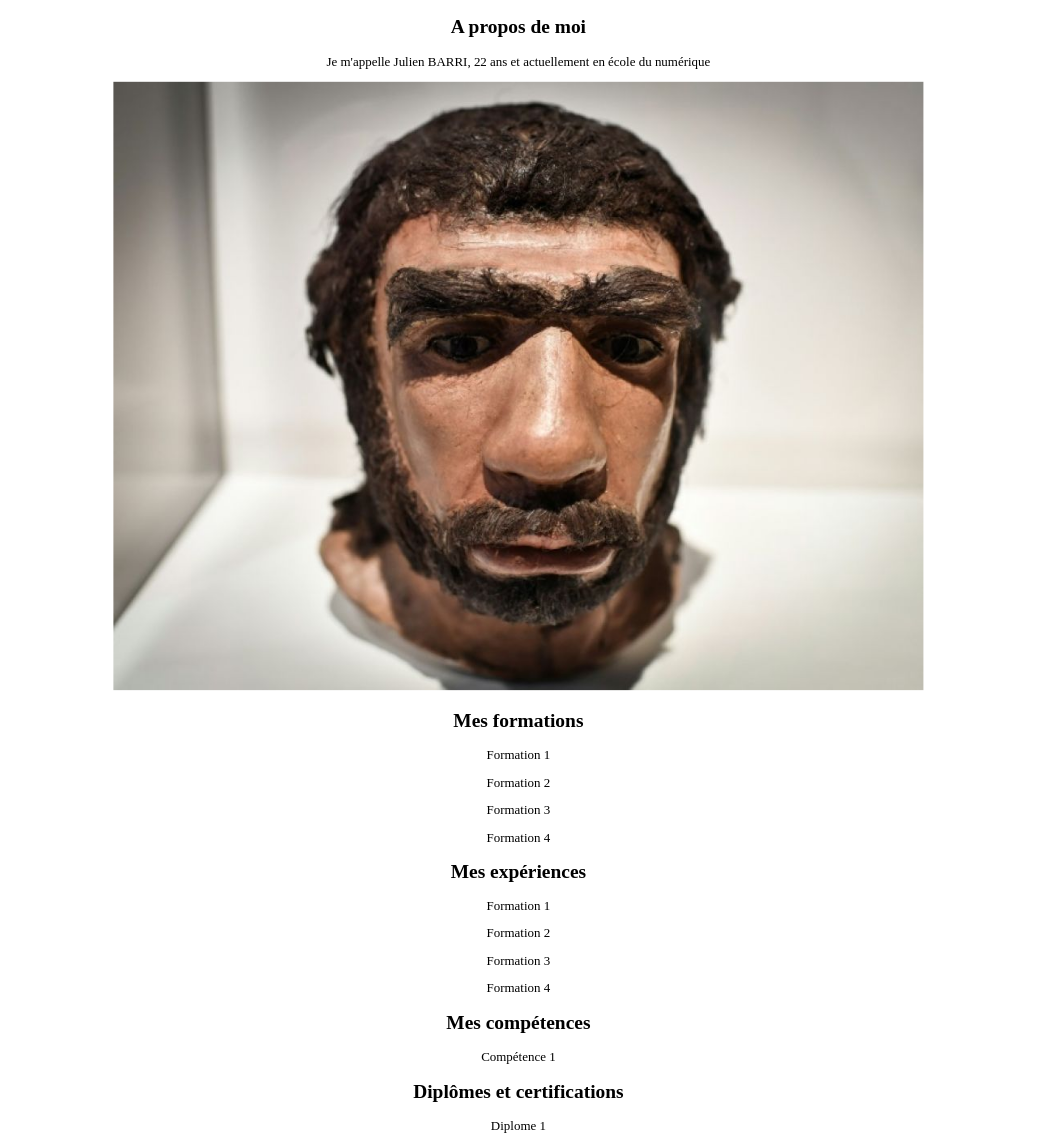
Repository: barridev/cours_devops.github.io
Page: index.html
These files come from the project's save history. The page is drawn as it stood at one moment and after the next save; the edit follows.
The browser window is 1280 px wide. The pictures show the whole page, at 81% of full size.

Above is the page before, as saved 2022-06-13 15:06:07.

### index.html
<!DOCTYPE html>
<html lang="en">

<head>
    <meta charset="UTF-8">
    <meta http-equiv="X-UA-Compatible" content="IE=edge">
    <meta name="viewport" content="width=device-width, initial-scale=1.0">
    <title>Document</title>
    <link rel="stylesheet" href="style.css">
</head>

<body>

    <section class="center">
        <div>
            <h1>A propos de moi</h1>
            <p>Je m'appelle Julien BARRI, 22 ans et actuellement en école du numérique</p>
            <img width="" src="homme.jpeg" alt="homme">
        </div>
    </section>

    <section class="center">
        <div class="test">
            <h2> Mes formations </h2>
            <p>Formation 1</p>
            <p>Formation 2</p>
            <p>Formation 3</p>
            <p>Formation 4</p>
        </div>
    </section>

    <section class="center">
        <div>
            <h2> Mes expériences </h2>
            <p>Formation 1</p>
            <p>Formation 2</p>
            <p>Formation 3</p>
            <p>Formation 4</p>
        </div>
    </section>

    <section class="center">
        <div>
            <h2> Mes compétences</h2>
            <p>Compétence 1</p>
        </div>

    </section>

    <section class="center">
        <div>
            <h2> Diplômes et certifications</h2>
            <p>Diplome 1</p>
        </div>

    </section class="center">

</body>

</html>

Loaded but not shown: style.css (common file)

After the next save:
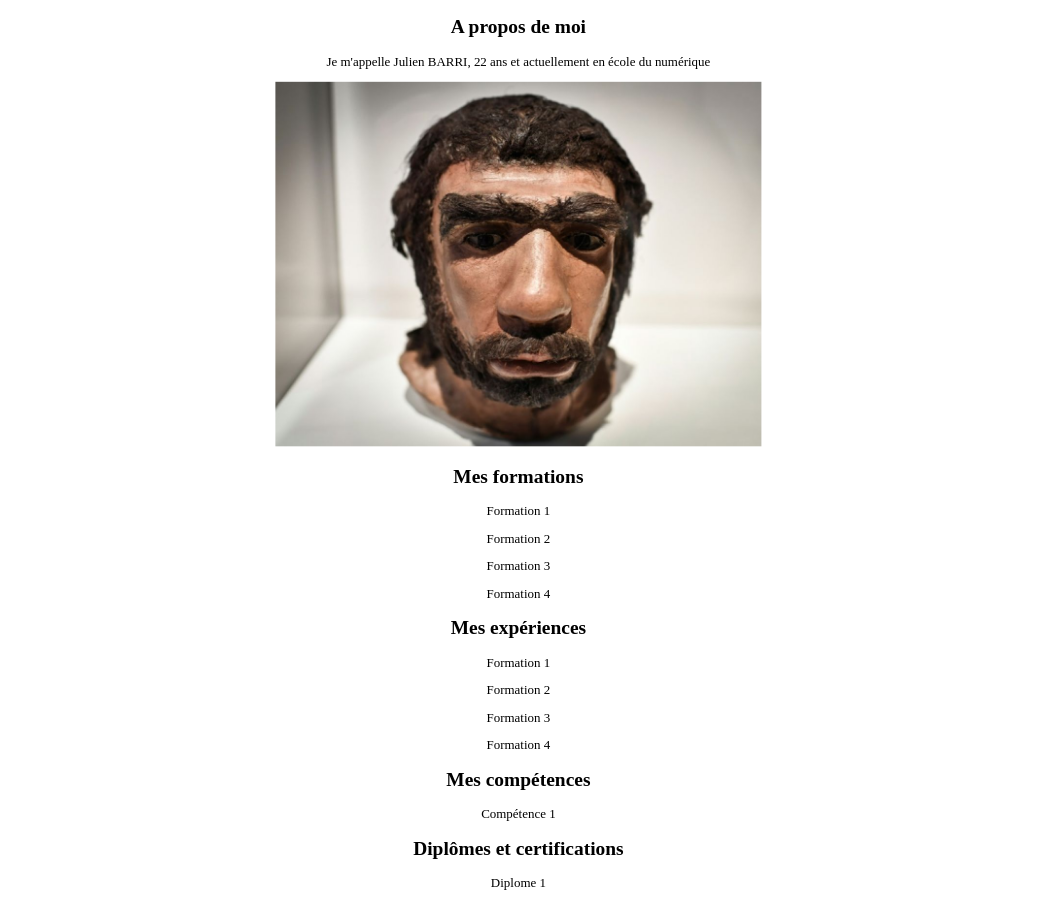
Saved 5 s later.
--- a/index.html
+++ b/index.html
@@ -15,7 +15,7 @@
         <div>
             <h1>A propos de moi</h1>
             <p>Je m'appelle Julien BARRI, 22 ans et actuellement en école du numérique</p>
-            <img width="" src="homme.jpeg" alt="homme">
+            <img width="600x600" src="homme.jpeg" alt="homme">
         </div>
     </section>
 
